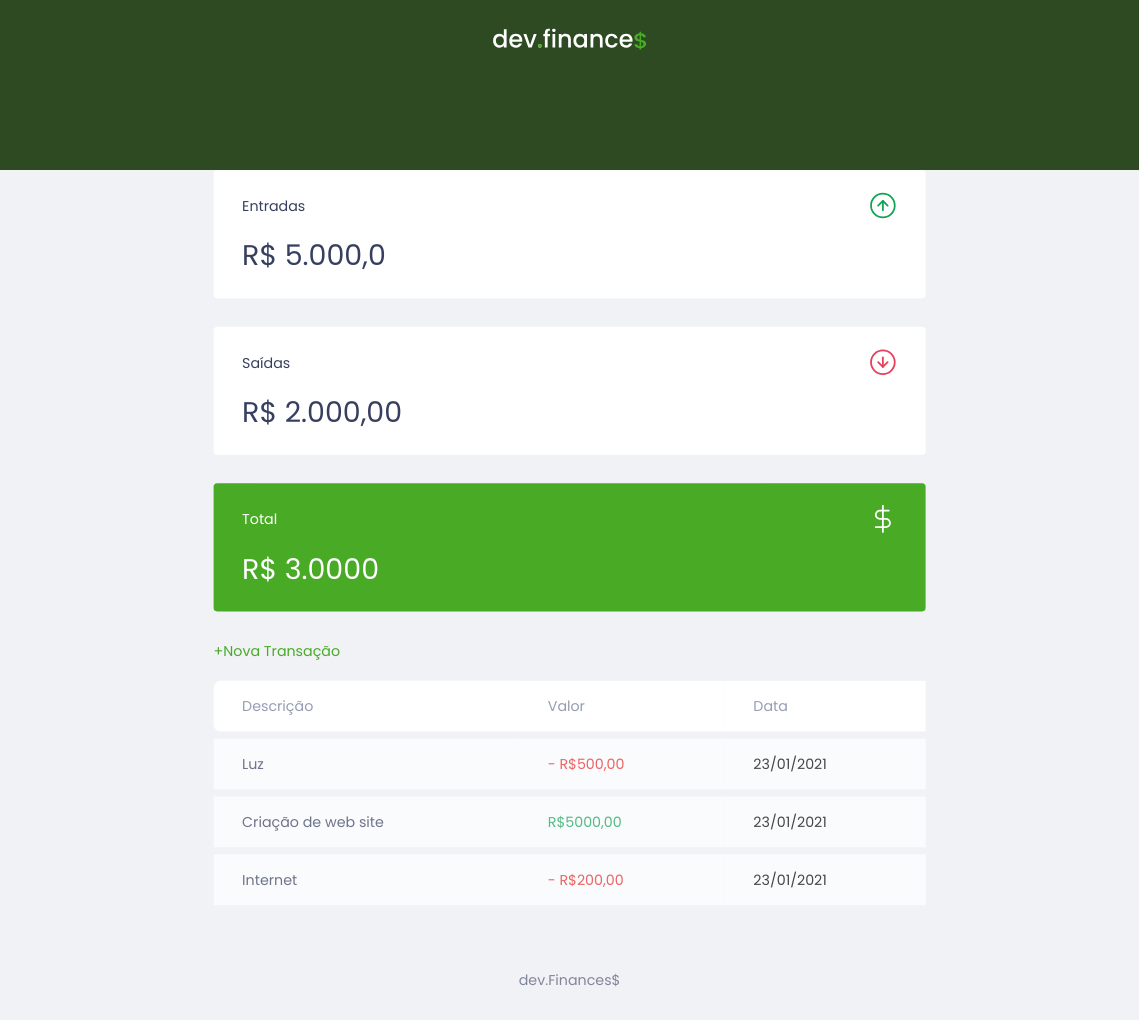
Repository: rafaelmgr12/maratona-dev01
Page: index.html
These files come from the project's save history. The page is drawn as it stood at one moment and after the next save; the edit follows.
The browser window is 1280 px wide. The pictures show the whole page, at 89% of full size.

Above is the page before, as saved 2021-04-27 20:35:16.

### index.html
<!DOCTYPE html>
<html lang="pt-br">
  <head>
    <meta charset="UTF-8" />
    <meta http-equiv="X-UA-Compatible" content="IE=edge" />
    <meta name="viewport" content="width=device-width, initial-scale=1.0" />
    <title>Rafael-app.finance$</title>
    <link rel="stylesheet" href="style.css" />
    <link rel="preconnect" href="https://fonts.gstatic.com" />
    <link
      href="https://fonts.googleapis.com/css2?family=Poppins:ital,wght@0,100;0,400;0,700;1,100;1,400;1,700&display=swap"
      rel="stylesheet"
    />
  </head>
  <body>
    <header>
      <img src="./assets/logo.svg" alt="Logo dev.Finance" />
    </header>
    <main class="container">
      <section id="balance">
        <h2 class="sr-only">Balanço</h2>

        <div class="card">
          <h3>
            <span>Entradas </span>
            <img src="./assets/income.svg" alt="Imagem de entradas" />
          </h3>
          <p>R$ 5.000,0</p>
        </div>
        <div class="card">
          <h3>
            <span>Saídas</span>
            <img src="./assets/expense.svg" alt="Image de saídas" />
          </h3>
          <p>R$ 2.000,00</p>
        </div>
        <div class="card total">
          <h3>
            <span>Total</span>
            <img src="./assets/total.svg" alt="Image de total" />
          </h3>
          <p>R$ 3.0000</p>
        </div>
      </section>
      <section id="transaction">
        <h2 class="sr-only">Transações</h2>

        <a href="#" class="button new">+Nova Transação</a>

        <table id="data-table">
          <thead>
            <tr>
              <th>Descrição</th>
              <th>Valor</th>
              <th>Data</th>
            </tr>
          </thead>
          <tbody>
            <tr>
              <td class="description">Luz</td>
              <td class="expense">- R$500,00</td>
              <td class="date">23/01/2021</td>
            </tr>
            <tr>
              <td class="description">Criação de web site</td>
              <td class="income">R$5000,00</td>
              <td class="date">23/01/2021</td>
            </tr>
            <tr>
              <td class="description">Internet</td>
              <td class="expense">- R$200,00</td>
              <td class="date">23/01/2021</td>
            </tr>
          </tbody>
        </table>
      </section>
    </main>
    <footer>dev.Finances$</footer>
  </body>
</html>

### style.css
/* Global ======================================== */
:root {
  --dark-blue: #363f5f;
}
* {
  margin: 0;
  padding: 0;
  box-sizing: border-box;
}

body {
  background: #f0f2f5;
  font-family: "Poppins", sans-serif;
}
/*Tricks para sumir elementos da tela, mantendo a funcionalidade de um screenreader*/
.sr-only{
  position: absolute;
  width: 1px;
  height: 1px;
  padding: 0;
  margin: -1px;
  overflow: hidden;
  clip: rect(0,0,0,0);
  white-space: nowrap;
  border-width: 0;

}
.container {
  width: min(90vw, 800px);
  margin: auto;
}
/* Titles ======================================== */
h2 {
  margin-top: 3.2rem;
  margin-bottom: 0.8rem;
  color: var(--dark-blue);

  font-weight: normal;
}
/* Links and Buttons ======================================== */
a{
  color: #49aa26;
  text-decoration: none;
}

a:hover {
  color: #3dd705;
}

.button.new{
  display: inline-block;
  margin-bottom: .8rem;

}


/* Header ======================================== */
header {
  background: #2d4a22;
  padding: 2rem 0 8rem;
  text-align: center;
}

#logo {
  color: #fff;
  font-weight: 100;
}

/* Balance ======================================== */
balance {
  margin-top: -8rem;
}

balance h2 {
  color: white;
  margin-top: 0;
}

/* Cards ======================================== */

.card {
  background : white;
  padding: 1.5rem 2rem;
  border-radius: 0.25rem;

  margin-bottom: 2rem;

  color: var(--dark-blue);
}

.card h3 {
  font-weight: normal;
  font-size: 1rem;
  display : flex;
  align-items: center;
  justify-content: space-between;
}

.card p {
  font-size: 2rem;
  line-height: 3rem;

  margin-top: 1rem;
}

.card.total {
  background: #49aa26;
  color: white;
}
/* Table  ======================================== */
#data-table {
  width: 100%;
  border-spacing: 0 0.5rem;
}
table thead tr th:first-child,
table thead tr td:first-child {
  border-radius: 0.5rem 0 0 0.5rem;
}

table th {
  background: white;
  color: #969cb3;
  font-weight: normal;
  padding: 1rem 2rem;
  text-align: left;
}
table tbody tr {
  opacity: 0.7;
}
table tr:hover {
  opacity: 1;
}
table tbody td {
  background: white;
  padding: 1rem 2rem;
}

td.description {
  color: var(--dark-blue);
}

td.income {
  color: #12a454;
}
td.expense {
    color : #e92929;
}

/* footer ======================================== */
footer {
  text-align: center;
  padding : 4rem 0 2rem;
  color: var(--dark-blue);

  opacity : 0.6;
}

After the next save:
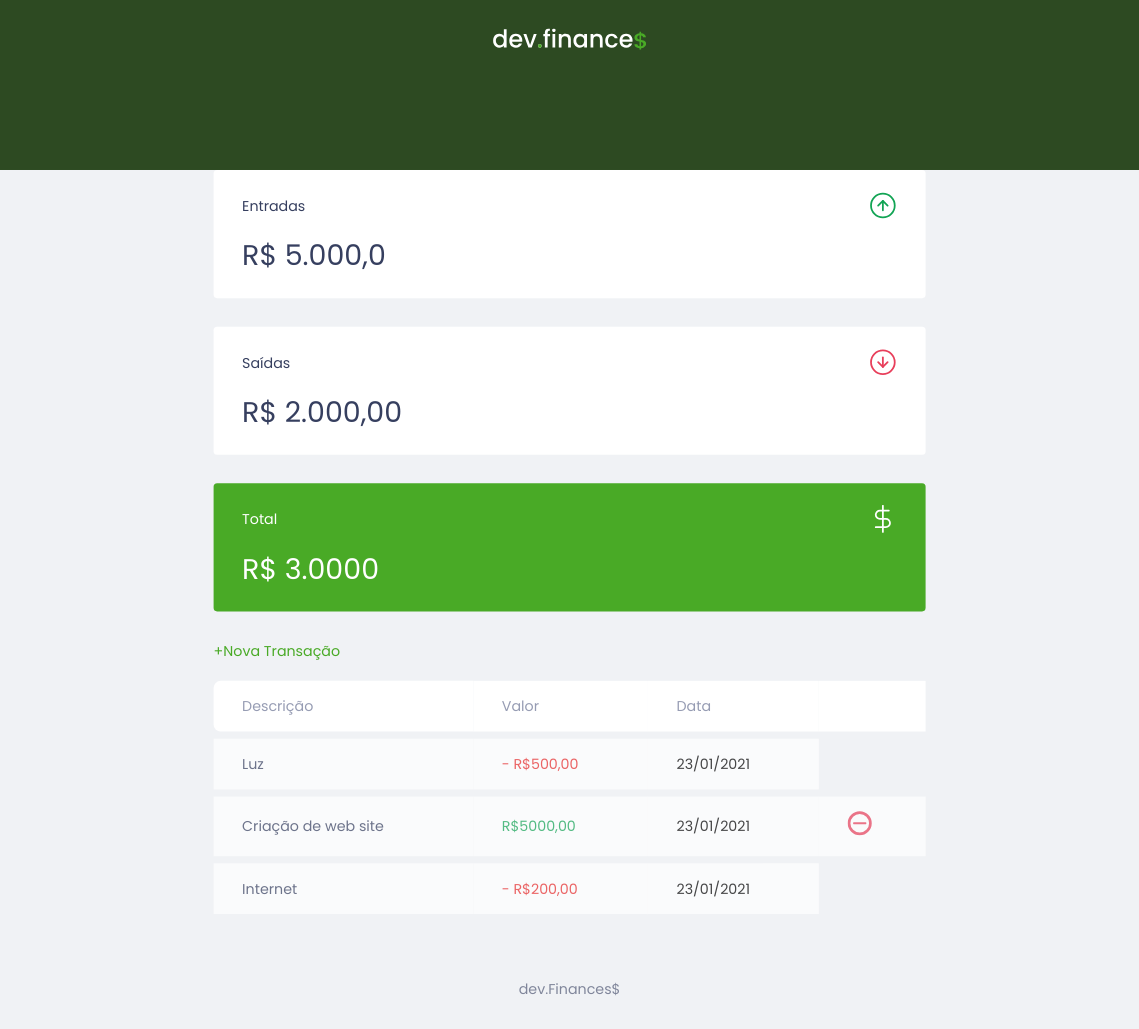
Saved 2 min 3 s later.
--- a/index.html
+++ b/index.html
@@ -53,6 +53,7 @@
               <th>Descrição</th>
               <th>Valor</th>
               <th>Data</th>
+              <th></th>
             </tr>
           </thead>
           <tbody>
@@ -65,6 +66,7 @@
               <td class="description">Criação de web site</td>
               <td class="income">R$5000,00</td>
               <td class="date">23/01/2021</td>
+              <td><img src="./assets/minus.svg" alt="Retirar Transação"></td>
             </tr>
             <tr>
               <td class="description">Internet</td>
